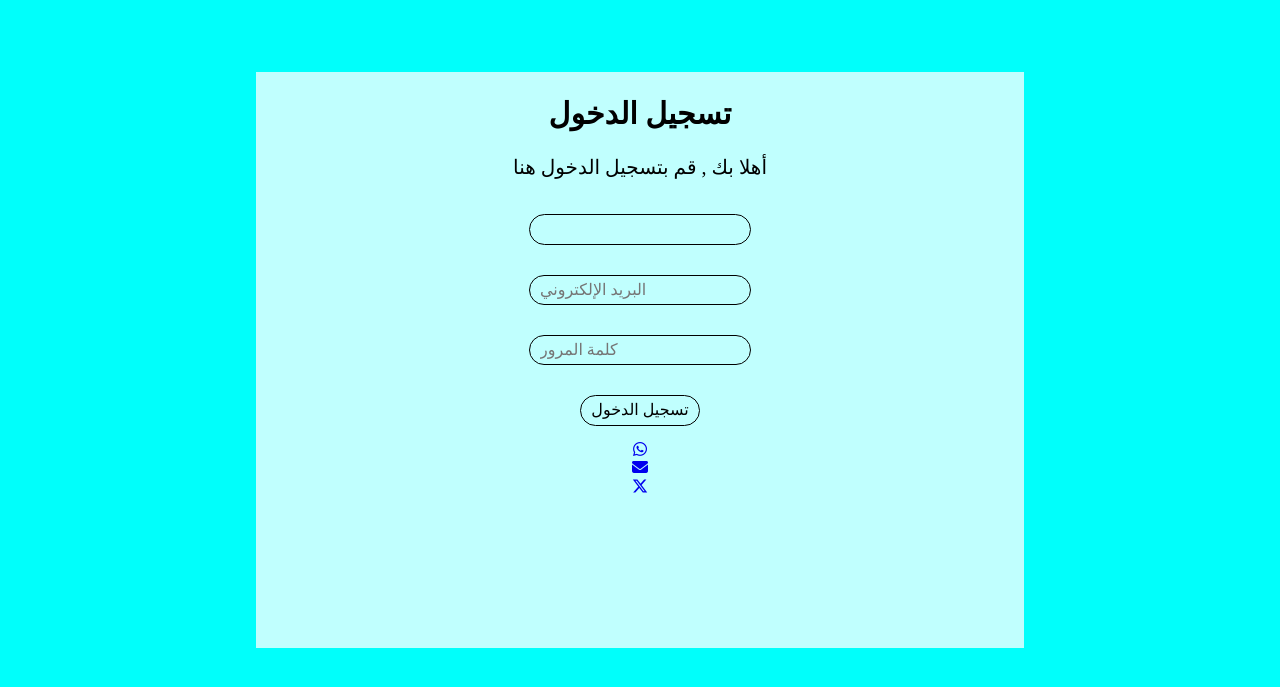
Repository: FaisalFahed/login-page
Page: html/صفحة تسجيل دخول.html
An editor plug-in stored every save of this project. The page is shown before and after a run of saves, followed by the edit.
The browser window is 1280 px wide. The pictures show the whole page.
Some web fonts or font styles are not loaded; a fallback is used.

Above is the page before, as saved 2025-04-01 08:32:59.

### html/صفحة تسجيل دخول.html
<!DOCTYPE html>
<html lang="en">
<head>
    <meta charset="UTF-8">
    <meta name="viewport" content="width=device-width, initial-scale=1.0">
    <link rel="stylesheet" href="css/normlaize.css">
    <link rel="stylesheet" href="../css/صفحة تسجيل دخول.css">
    <!-- Font Awesome -->
    <link rel="stylesheet" href="../css/all.min.css">
    <!-- Google Fonts -->
    <link rel="preconnect" href="https://fonts.googleapis.com">
    <link rel="preconnect" href="https://fonts.gstatic.com" crossorigin>
    <link href="https://fonts.googleapis.com/css2?family=Markazi+Text:wght@400..700&display=swap" rel="stylesheet">
    <title>Faisal | صفحة تسجيل دخول</title>
</head>
    <body>
        <div class="container">
            <div class="text">
                <h2>تسجيل الدخول</h2>
                <p>أهلا بك , قم بتسجيل الدخول هنا</p>
            </div>
            <div class="log-in">
                <input type="text">
                <input type="email" placeholder="البريد الإلكتروني">
                <input type="password" placeholder="كلمة المرور">
                <input type="submit" value="تسجيل الدخول">
            </div>
            <div class="icons">
                <ul>
                    <li><a href="#"><i class="fa-brands fa-whatsapp"></i></a></li>
                    <li><a href="#"><i class="fa-solid fa-envelope"></i></a></li>
                    <li><a href="#"><i class="fa-brands fa-x-twitter"></i></a></li>
                </ul>
            </div>
        </div>
    </body>
</html>

### css/normlaize.css
/*! normalize.css v8.0.1 | MIT License | github.com/necolas/normalize.css */

/* Document
   ========================================================================== */

/**
 * 1. Correct the line height in all browsers.
 * 2. Prevent adjustments of font size after orientation changes in iOS.
 */

 html {
  line-height: 1.15; /* 1 */
  -webkit-text-size-adjust: 100%; /* 2 */
}

/* Sections
   ========================================================================== */

/**
 * Remove the margin in all browsers.
 */

body {
  margin: 0;
}

/**
 * Render the `main` element consistently in IE.
 */

main {
  display: block;
}

/**
 * Correct the font size and margin on `h1` elements within `section` and
 * `article` contexts in Chrome, Firefox, and Safari.
 */

h1 {
  font-size: 2em;
  margin: 0.67em 0;
}

/* Grouping content
   ========================================================================== */

/**
 * 1. Add the correct box sizing in Firefox.
 * 2. Show the overflow in Edge and IE.
 */

hr {
  box-sizing: content-box; /* 1 */
  height: 0; /* 1 */
  overflow: visible; /* 2 */
}

/**
 * 1. Correct the inheritance and scaling of font size in all browsers.
 * 2. Correct the odd `em` font sizing in all browsers.
 */

pre {
  font-family: monospace, monospace; /* 1 */
  font-size: 1em; /* 2 */
}

/* Text-level semantics
   ========================================================================== */

/**
 * Remove the gray background on active links in IE 10.
 */

a {
  background-color: transparent;
}

/**
 * 1. Remove the bottom border in Chrome 57-
 * 2. Add the correct text decoration in Chrome, Edge, IE, Opera, and Safari.
 */

abbr[title] {
  border-bottom: none; /* 1 */
  text-decoration: underline; /* 2 */
  text-decoration: underline dotted; /* 2 */
}

/**
 * Add the correct font weight in Chrome, Edge, and Safari.
 */

b,
strong {
  font-weight: bolder;
}

/**
 * 1. Correct the inheritance and scaling of font size in all browsers.
 * 2. Correct the odd `em` font sizing in all browsers.
 */

code,
kbd,
samp {
  font-family: monospace, monospace; /* 1 */
  font-size: 1em; /* 2 */
}

/**
 * Add the correct font size in all browsers.
 */

small {
  font-size: 80%;
}

/**
 * Prevent `sub` and `sup` elements from affecting the line height in
 * all browsers.
 */

sub,
sup {
  font-size: 75%;
  line-height: 0;
  position: relative;
  vertical-align: baseline;
}

sub {
  bottom: -0.25em;
}

sup {
  top: -0.5em;
}

/* Embedded content
   ========================================================================== */

/**
 * Remove the border on images inside links in IE 10.
 */

img {
  border-style: none;
}

/* Forms
   ========================================================================== */

/**
 * 1. Change the font styles in all browsers.
 * 2. Remove the margin in Firefox and Safari.
 */

button,
input,
optgroup,
select,
textarea {
  font-family: inherit; /* 1 */
  font-size: 100%; /* 1 */
  line-height: 1.15; /* 1 */
  margin: 0; /* 2 */
}

/**
 * Show the overflow in IE.
 * 1. Show the overflow in Edge.
 */

button,
input { /* 1 */
  overflow: visible;
}

/**
 * Remove the inheritance of text transform in Edge, Firefox, and IE.
 * 1. Remove the inheritance of text transform in Firefox.
 */

button,
select { /* 1 */
  text-transform: none;
}

/**
 * Correct the inability to style clickable types in iOS and Safari.
 */

button,
[type="button"],
[type="reset"],
[type="submit"] {
  -webkit-appearance: button;
}

/**
 * Remove the inner border and padding in Firefox.
 */

button::-moz-focus-inner,
[type="button"]::-moz-focus-inner,
[type="reset"]::-moz-focus-inner,
[type="submit"]::-moz-focus-inner {
  border-style: none;
  padding: 0;
}

/**
 * Restore the focus styles unset by the previous rule.
 */

button:-moz-focusring,
[type="button"]:-moz-focusring,
[type="reset"]:-moz-focusring,
[type="submit"]:-moz-focusring {
  outline: 1px dotted ButtonText;
}

/**
 * Correct the padding in Firefox.
 */

fieldset {
  padding: 0.35em 0.75em 0.625em;
}

/**
 * 1. Correct the text wrapping in Edge and IE.
 * 2. Correct the color inheritance from `fieldset` elements in IE.
 * 3. Remove the padding so developers are not caught out when they zero out
 *    `fieldset` elements in all browsers.
 */

legend {
  box-sizing: border-box; /* 1 */
  color: inherit; /* 2 */
  display: table; /* 1 */
  max-width: 100%; /* 1 */
  padding: 0; /* 3 */
  white-space: normal; /* 1 */
}

/**
 * Add the correct vertical alignment in Chrome, Firefox, and Opera.
 */

progress {
  vertical-align: baseline;
}

/**
 * Remove the default vertical scrollbar in IE 10+.
 */

textarea {
  overflow: auto;
}

/**
 * 1. Add the correct box sizing in IE 10.
 * 2. Remove the padding in IE 10.
 */

[type="checkbox"],
[type="radio"] {
  box-sizing: border-box; /* 1 */
  padding: 0; /* 2 */
}

/**
 * Correct the cursor style of increment and decrement buttons in Chrome.
 */

[type="number"]::-webkit-inner-spin-button,
[type="number"]::-webkit-outer-spin-button {
  height: auto;
}

/**
 * 1. Correct the odd appearance in Chrome and Safari.
 * 2. Correct the outline style in Safari.
 */

[type="search"] {
  -webkit-appearance: textfield; /* 1 */
  outline-offset: -2px; /* 2 */
}

/**
 * Remove the inner padding in Chrome and Safari on macOS.
 */

[type="search"]::-webkit-search-decoration {
  -webkit-appearance: none;
}

/**
 * 1. Correct the inability to style clickable types in iOS and Safari.
 * 2. Change font properties to `inherit` in Safari.
 */

::-webkit-file-upload-button {
  -webkit-appearance: button; /* 1 */
  font: inherit; /* 2 */
}

/* Interactive
   ========================================================================== */

/*
 * Add the correct display in Edge, IE 10+, and Firefox.
 */

details {
  display: block;
}

/*
 * Add the correct display in all browsers.
 */

summary {
  display: list-item;
}

/* Misc
   ========================================================================== */

/**
 * Add the correct display in IE 10+.
 */

template {
  display: none;
}

/**
 * Add the correct display in IE 10.
 */

[hidden] {
  display: none;
}

### css/صفحة تسجيل دخول.css
*{
    box-sizing: border-box;
}

:root{
    --main-color: #ff1f1fd6;
    --main-color-alt: #1787E0;
    --main-transition-duration: 0.3s;
    --main-padding-top: 100px;
    --main-padding-bottom: 100px;
    --section-background: #ECECEC;
}

html{
    scroll-behavior: smooth;
}

body{
    font-family: "Markazi Text", serif;
    background-color: #00fffb;
    display: flex;
    width: 100vw;
    height: 100vh;
    justify-content: center;
    align-items: center;
}

a{
    text-decoration: none;
}

ul{
    list-style: none;
    padding: 0;
    margin: 0;
}

.container{
    padding-left: 15px;
    padding-right: 15px;
    margin-left: auto;
    margin-right: auto;
    background-color: rgba(255, 255, 255, 0.753);
    height: 80vh;
    width: 60vw;
    text-align: center;
}

.text{
    font-size: 20px;
}
.log-in{
    display: flex;
    flex-direction: column;
    align-items: center;
    justify-content: center;
}
.log-in input{
    border: none;
    outline: none;
    padding: 5px 10px;
    margin: 15px 0;
    background-color: transparent;
    border: 1px solid black;
    border-radius: 16px;
}


/* @media (min-width:768px){
    .container{
        width: 750px;
    }
}

@media (min-width:992px){
    .container{
        width: 970px;
    }
}

@media (min-width:1200px){
    .container{
        width: 1170px;
    }
} */

Loaded but not shown: css/all.min.css (library)

After the next 2 saves:
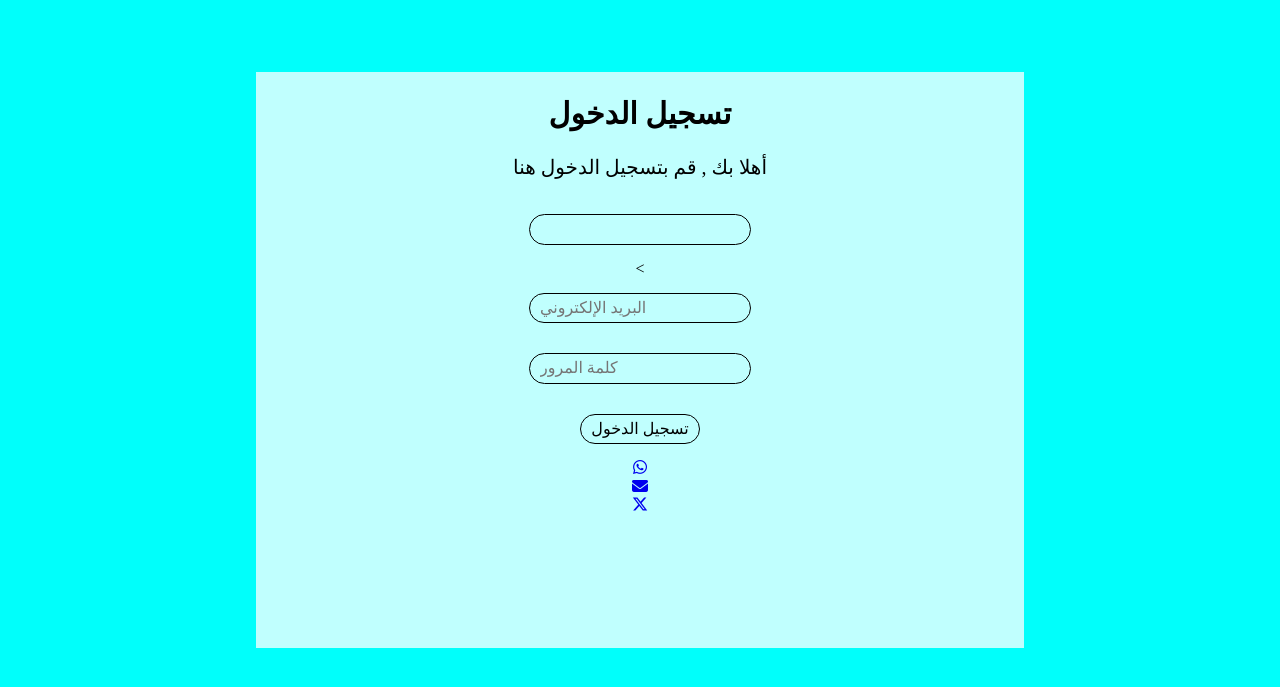
The 2 saves are shown as one change because they came seconds apart.
The last was saved 12 s later.
--- a/html/صفحة تسجيل دخول.html
+++ b/html/صفحة تسجيل دخول.html
@@ -20,7 +20,7 @@
                 <p>أهلا بك , قم بتسجيل الدخول هنا</p>
             </div>
             <div class="log-in">
-                <input type="text">
+                <input><
                 <input type="email" placeholder="البريد الإلكتروني">
                 <input type="password" placeholder="كلمة المرور">
                 <input type="submit" value="تسجيل الدخول">
